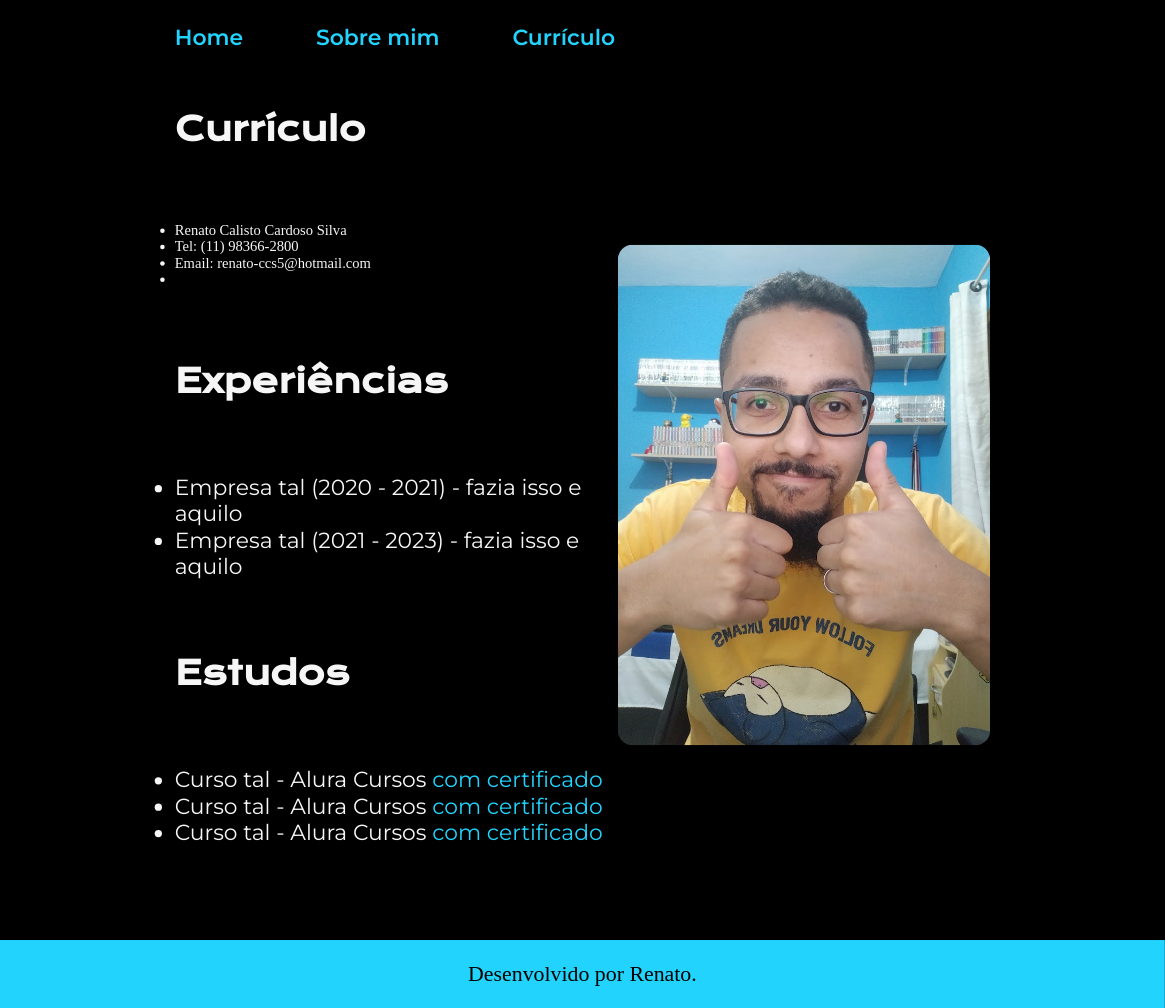
Repository: RenatoCCS/Portfolio_Alura
Page: curriculo.html
An editor plug-in stored every save of this project. The page is shown before and after a run of saves, followed by the edit.
The browser window is 1280 px wide. The pictures show the whole page, at 91% of full size.

Above is the page before, as saved 2023-03-06 20:25:20.

After the next 2 saves:
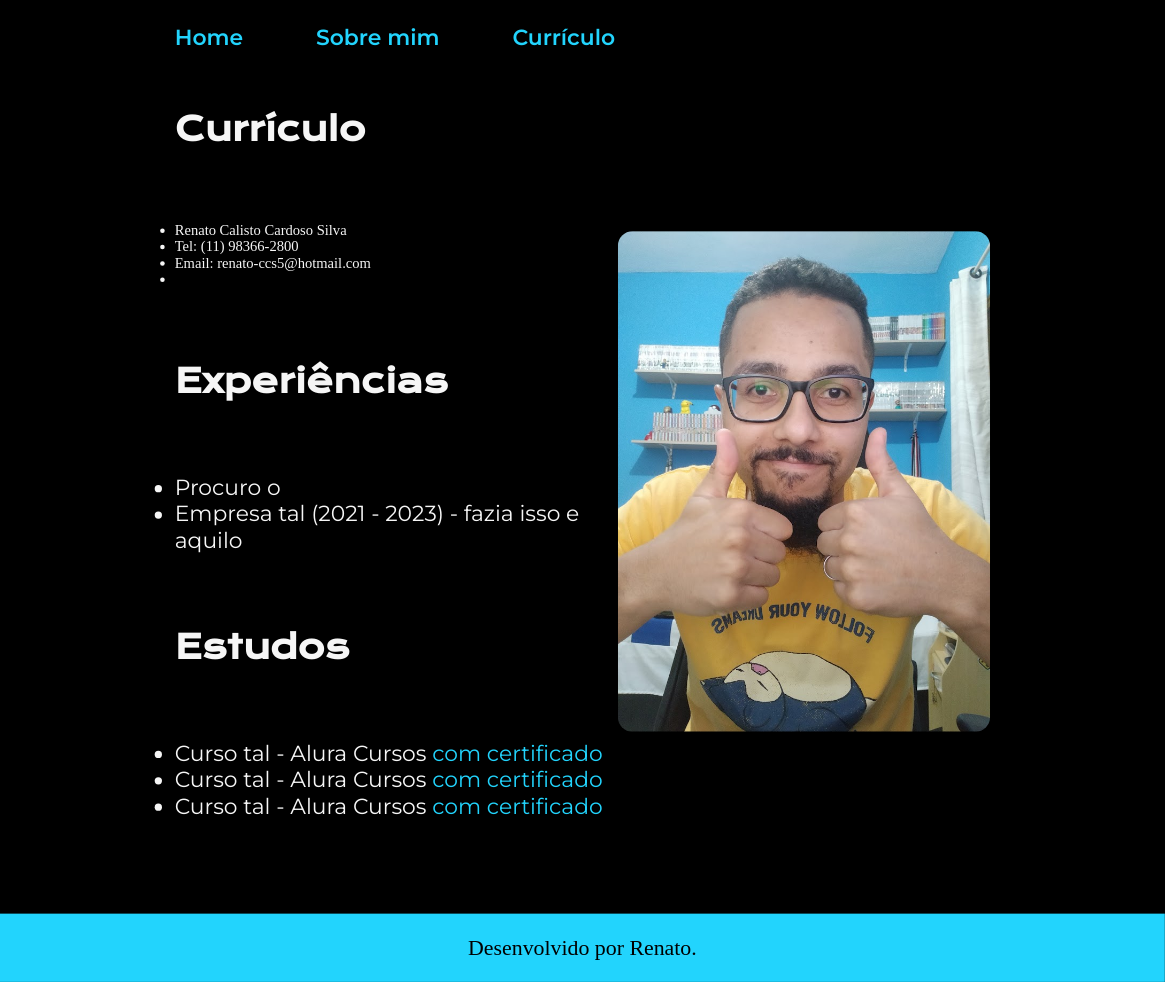
The 2 saves are shown as one change because they came seconds apart.
The last was saved 72 s later.
--- a/curriculo.html
+++ b/curriculo.html
@@ -31,7 +31,7 @@
           <h2 class="apresentacao__conteudo__titulo">Experiências</h2>
           <p class="apresentacao__conteudo__texto">
           <ul class="apresentacao__conteudo__texto">
-              <li> Empresa tal (2020 - 2021) - fazia isso e aquilo </li>
+              <li> Procuro o </li>
               <li> Empresa tal (2021 - 2023) - fazia isso e aquilo </li>
           </ul>
           </p>
